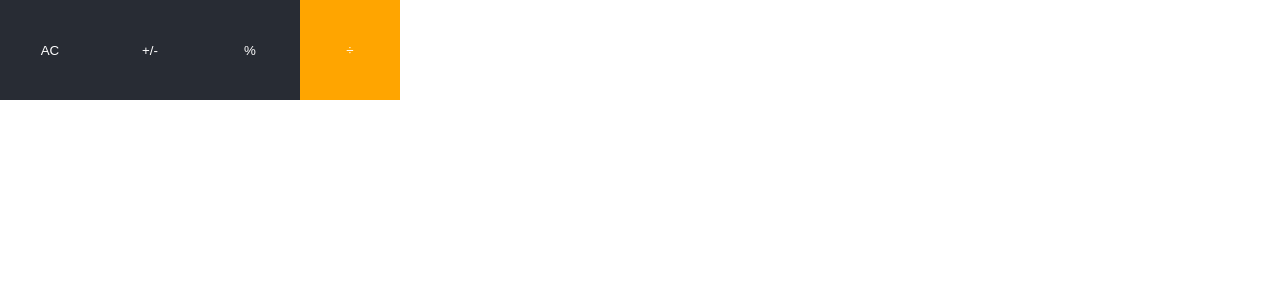
Repository: catsarenotreal/CalculatorWebApp
Page: /
The author's editor kept a copy of each file at every save. The page is drawn from the files as they stood at one save, then again after the next save.
The browser window is 1280 px wide. The pictures show the whole page.
The project was rebuilt for these pictures with package versions that can differ from the ones it lists, and the page was loaded fresh each time.

Above is the page before, as saved 2024-08-22 14:58:11.

### src/App.tsx
import React from 'react';
// import logo from './logo.svg';
import './App.css';

type Props = {
  val : string;
  colour : 'orange'|'darkgrey'|'lightgrey';
}

function DisplayScreen(){ // changes on click for = sign
  return <></>;
}

function Buttons(props : Props){

  const val = props.val;
  const colour = props.colour;


  function handleClick(){

  }

  return <button className = {`Buttons ${colour}`} onClick = {handleClick}>
    {val}
  </button>
}

export default function Calc() {
  return (
    <main>
      <div className = "row">
        {/* <DisplayScreen> </DisplayScreen> */}
      </div>
      <div className = "row">
        <Buttons val={'AC'} colour = 'darkgrey'/>
        <Buttons val={'+/-'} colour = 'darkgrey'/>
        <Buttons val={'%'} colour = 'darkgrey'/ >
        <Buttons val={'÷'} colour = 'orange' />
      </div>
      <div>

      </div>
    </main>

  );
}

### src/App.css
.App {
  text-align: center;
}

:root{

  --greyBG: grey;
  --darkGreyBG: rgb(46, 46, 46);
  --orangeBG: orange;

  --bgColour: if ('grey') var(--greyBG) else var(--orangeBG)


}

.App-logo {
  height: 40vmin;
  pointer-events: none;
}


.App-header {
  background-color: #282c34;
  min-height: 100vh;
  display: flex;
  flex-direction: column;
  align-items: center;
  justify-content: center;
  font-size: calc(10px + 2vmin);
  color: white;
}

.App-link {
  color: #61dafb;
}


.DisplayScreen {
  background-color: rgb(24, 24, 24);
  text-align: right;
}

.Buttons {
  text-align: center;
  box-shadow: none;
  border: 0;
  border-radius: 0;

  /* background-color: var(--bgColour); */
  color: white;
  height: 100px;
  width: 100px;
}

.Buttons.orange{
  background-color: orange;
}

.Buttons.lightgrey{
  background-color: #797979;
}

.Buttons.darkgrey{
  background-color:#282c34;
}






@keyframes App-logo-spin {
  from {
    transform: rotate(0deg);
  }
  to {
    transform: rotate(360deg);
  }
}

Loaded but not shown: public/index.html (common file); src/index.tsx (common file); src/index.css (common file); src/reportWebVitals.ts (common file)

After the next save:
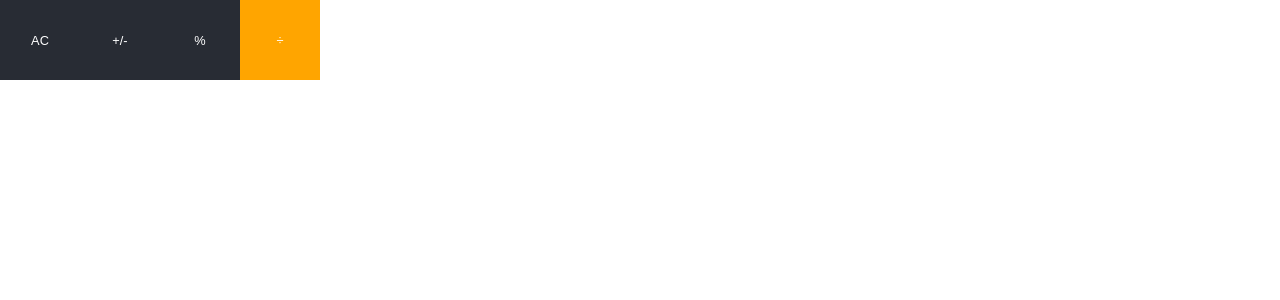
Saved 43 s later.
--- a/src/App.css
+++ b/src/App.css
@@ -45,11 +45,11 @@
   box-shadow: none;
   border: 0;
   border-radius: 0;
-
+  font-size: 80%;
   /* background-color: var(--bgColour); */
   color: white;
-  height: 100px;
-  width: 100px;
+  height: 80px;
+  width: 80px;
 }
 
 .Buttons.orange{
